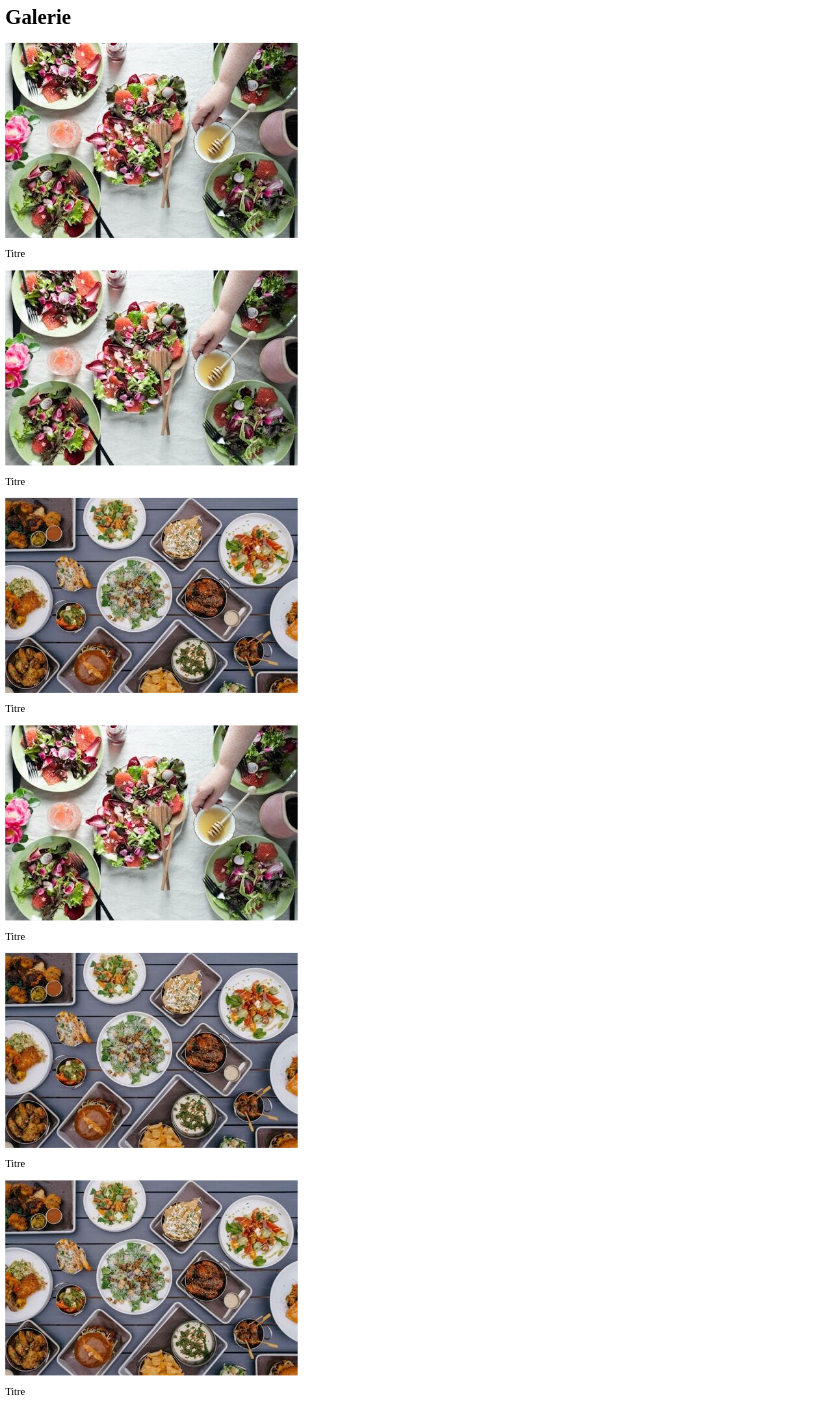
Repository: lemonhao9/QuaiAntiqueRestaurantFront
Page: pages/galerie.html
These files come from the project's save history. The page is drawn as it stood at one moment and after the next save; the edit follows.
The browser window is 1280 px wide. The pictures show the whole page, at 65% of full size.

Above is the page before, as saved 2025-01-24 14:17:23.

### pages/galerie.html
<div class="hero-scene text-center text-white">
    <div class="hero-scene-content">
            <h1>Galerie</h1>
    </div>
</div>

<div class="container">
    <div class="row row-cols-2 row-cols-lg-3">
        <div class="col p-3">
            <div class="image-card text-white">
                <img src="../images/platGalerie5.jpg" alt="platGalerie1" class="rounded w-100">
                <p class="titre-image">Titre</p>
            </div>
        </div>
        <div class="col p-3">
            <div class="image-card text-white">
                <img src="../images/platGalerie5.jpg" alt="platGalerie1" class="rounded w-100">
                <p class="titre-image">Titre</p>
            </div>
        </div>
        <div class="col p-3">
            <div class="image-card text-white">
                <img src="../images/platGalerie3.jpg" alt="platGalerie1" class="rounded w-100">
                <p class="titre-image">Titre</p>
            </div>
        </div>
        <div class="col p-3">
            <div class="image-card text-white">
                <img src="../images/platGalerie5.jpg" alt="platGalerie1" class="rounded w-100">
                <p class="titre-image">Titre</p>
            </div>
        </div>
        <div class="col p-3">
            <div class="image-card text-white">
                <img src="../images/platGalerie3.jpg" alt="platGalerie1" class="rounded w-100">
                <p class="titre-image">Titre</p>
            </div>
        </div>
        <div class="col p-3">
            <div class="image-card text-white">
                <img src="../images/platGalerie3.jpg" alt="platGalerie1" class="rounded w-100">
                <p class="titre-image">Titre</p>
            </div>
        </div>
    </div>
</div>

After the next save:
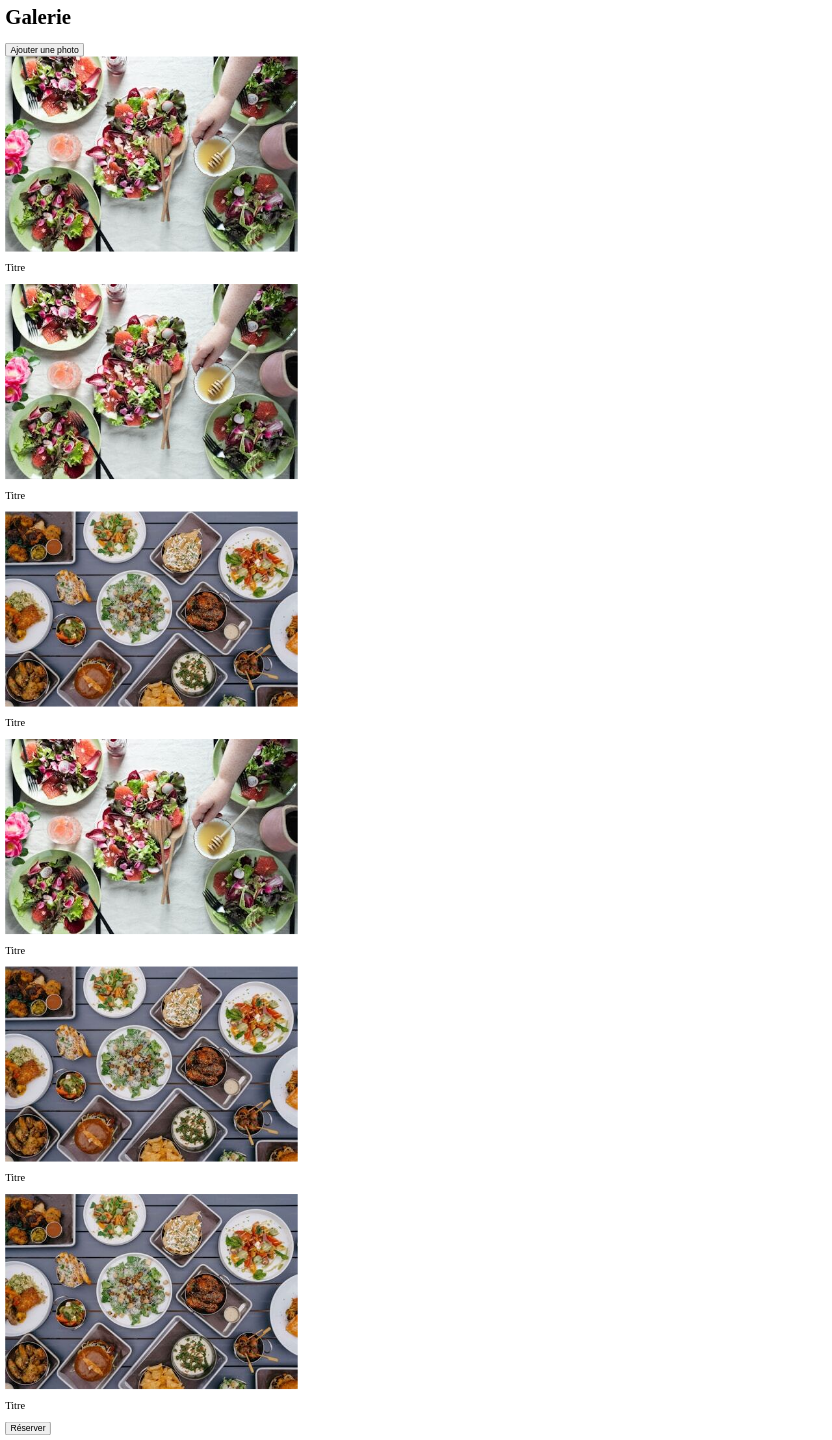
Saved 7 min 4 s later.
--- a/pages/galerie.html
+++ b/pages/galerie.html
@@ -5,6 +5,9 @@
 </div>
 
 <div class="container">
+    <div class="text-center">
+        <button class="btn btn-primary">Ajouter une photo</button>
+    </div>
     <div class="row row-cols-2 row-cols-lg-3">
         <div class="col p-3">
             <div class="image-card text-white">
@@ -42,5 +45,8 @@
                 <p class="titre-image">Titre</p>
             </div>
         </div>
+        <div class="text-center">
+            <button class="btn btn-primary">Réserver</button>
+        </div>
     </div>
 </div>
